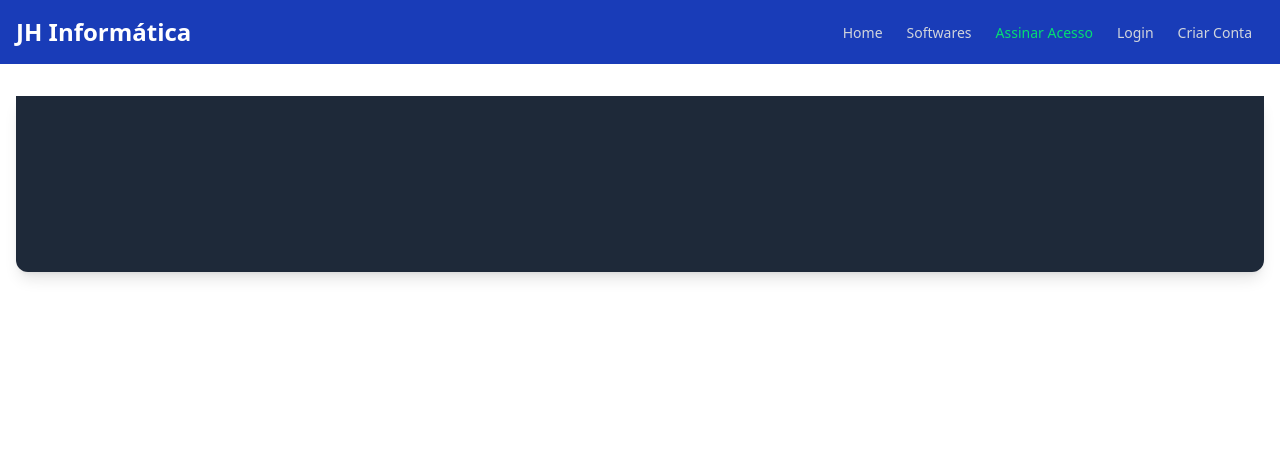
Repository: estevam02009/jh-info
Page: / (app in frontend/)
An editor plug-in stored every save of this project. The page is shown before and after the next save, followed by the edit.
The browser window is 1280 px wide. The pictures show the whole page.
The project was rebuilt for these pictures with package versions that can differ from the ones it lists, and the page was loaded fresh each time. Also part of the build but not shown: frontend/src/pages/Login.jsx, frontend/src/pages/Register.jsx, frontend/src/pages/Dashboard.jsx, frontend/src/components/ProtectedRoute.jsx, frontend/src/pages/SoftwareList.jsx, frontend/src/pages/SoftwareDetails.jsx, frontend/src/pages/SoftwareManagement.jsx, frontend/src/pages/PaymentPage.jsx and 1 more.

Above is the page before, as saved 2025-07-13 11:09:46.

After the next save:
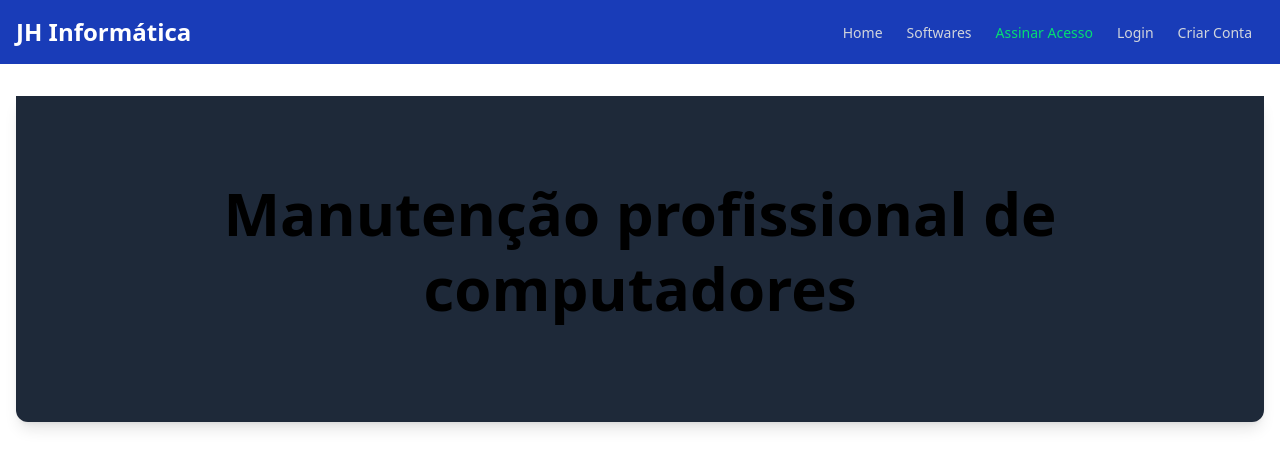
Saved 21 s later.
--- a/frontend/src/pages/Home.jsx
+++ b/frontend/src/pages/Home.jsx
@@ -7,7 +7,9 @@ const Home = () => {
 
             {/* Seção Principal (Hero) */}
             <div className='bg-gray-800 text-wite w-full py-20 px-4 text-center rounded-b-xl shadow-lg'>
-                <h1 className='text-5xl md:text-6xl font-extrabold leading-tight mb-4'></h1>
+                <h1 className='text-5xl md:text-6xl font-extrabold leading-tight mb-4'>
+                    Manutenção profissional de computadores
+                </h1>
             </div>
         </div>
     )
